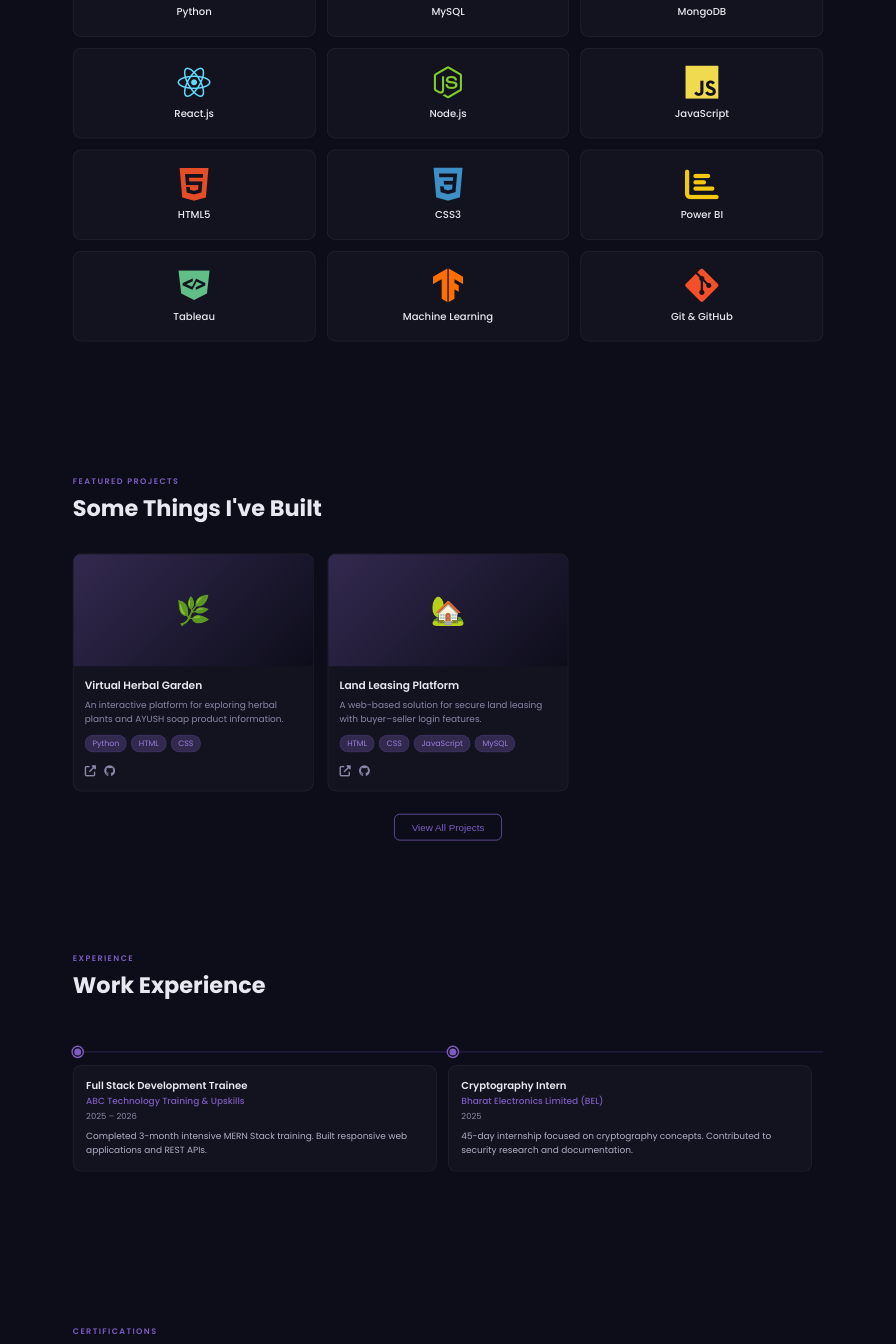
Repository: Rhaashee/Portfolio
Page: MyProfile-frontend/index.html
These files come from the project's save history. The page is drawn as it stood at one moment and after the next save; the edit follows.
The browser window is 1280 px wide. The pictures show the part of the page from y = 1564 to 3484 px (the page is 5236 px tall), at 70% of full size.

Above is the page before, as saved 2026-06-21 14:38:30.
Console error: ReferenceError: emailjs is not defined

### MyProfile-frontend/index.html
<!DOCTYPE html>
<html lang="en">
<head>
<meta charset="UTF-8" />
<meta name="viewport" content="width=device-width, initial-scale=1.0" />
<title>Rhaashee L | Portfolio</title>
<link rel="preconnect" href="https://fonts.googleapis.com" />
<link href="https://fonts.googleapis.com/css2?family=Poppins:wght@300;400;500;600;700;800&display=swap" rel="stylesheet" />
<link rel="stylesheet" href="https://cdnjs.cloudflare.com/ajax/libs/font-awesome/6.5.1/css/all.min.css" />
<link rel="stylesheet" href="https://cdnjs.cloudflare.com/ajax/libs/devicon/2.15.1/devicon.min.css" />

<link rel="stylesheet" href="css/varibales.css" />
<link rel="stylesheet" href="css/custom.css" />
<link rel="stylesheet" href="css/themes.css" />
<link rel="stylesheet" href="css/animations.css" />
<link rel="stylesheet" href="css/responsive.css" />
</head>
<body>

<!-- ===== NAVBAR ===== -->
<nav class="navbar" id="navbar">
  <div class="nav-logo">
    <div class="logo-icon">R</div>
    <span id="nav-logo-text">RHAASHEE</span>
  </div>

  <div class="nav-links">
    <a href="#hero" class="active">Home</a>
    <a href="#about">About</a>
    <a href="#skills">Skills</a>
    <a href="#projects">Projects</a>
    <a href="#experience">Experience</a>
    <a href="#certifications">Certifications</a>
    <a href="#contact">Contact</a>
  </div>

  <div class="nav-right">
    <a href="assets/resume/RhaasheeL_Resume.pdf" target="_blank" class="btn-resume" id="nav-resume-btn">Resume</a>
    <button class="theme-toggle" id="theme-toggle" aria-label="Toggle theme"><i class="fas fa-sun"></i></button>
    <button class="hamburger" id="hamburger" aria-label="Menu">
      <span></span><span></span><span></span>
    </button>
  </div>
</nav>

<div class="mobile-menu" id="mobile-menu">
  <a href="#hero" class="mobile-link">Home</a>
  <a href="#about" class="mobile-link">About</a>
  <a href="#skills" class="mobile-link">Skills</a>
  <a href="#projects" class="mobile-link">Projects</a>
  <a href="#experience" class="mobile-link">Experience</a>
  <a href="#certifications" class="mobile-link">Certifications</a>
  <a href="#contact" class="mobile-link">Contact</a>
</div>

<!-- ===== 01 HERO ===== -->
<section id="hero">
  <div class="hero-wrapper">
    <div class="hero-content">
      <p class="hero-hello" id="hero-hello">Hello, I'm</p>
      <h1 class="hero-name" id="hero-name">RHAASHEE L</h1>
      <p class="hero-tagline"><span id="hero-tagline-text" class="typing-text"></span></p>
      <p class="hero-desc" id="hero-desc"></p>
      <div class="hero-btns">
        <a href="#projects" class="btn-primary">View My Work</a>
        <a href="#contact" class="btn-secondary">Contact Me</a>
      </div>
      <div class="hero-socials" id="hero-socials"></div>
    </div>

    <div class="hero-image-wrap">
      <div class="hero-blob">
        <svg viewBox="0 0 500 500" xmlns="http://www.w3.org/2000/svg">
          <path d="M250,60 C340,55 420,110 440,200 C460,290 420,370 340,410 C260,450 160,440 100,380 C40,320 30,220 70,150 C110,80 160,65 250,60 Z"></path>
        </svg>
      </div>

      <div class="hero-decor">
        <i class="fas fa-sparkle sparkle sparkle-1"></i>
        <i class="fas fa-sparkle sparkle sparkle-2"></i>
        <i class="fas fa-sparkle sparkle sparkle-3"></i>
        <i class="fas fa-sparkle sparkle sparkle-4"></i>
        <i class="fas fa-sparkle sparkle sparkle-5"></i>
        <i class="fas fa-leaf leaf leaf-1"></i>
        <i class="fas fa-leaf leaf leaf-2"></i>
      </div>

      <div class="hero-image-ring">
        <img id="hero-img" src="assets/images/rhaa.jpeg" alt="Rhaashee L" />
      </div>
    </div>
  </div>
</section>

<!-- ===== 02 ABOUT ===== -->
<section id="about" class="section">
  <p class="section-label">About Me</p>
  <h2 class="section-title">Get To Know Me</h2>

  <div class="about-grid">
    <div>
      <p class="about-desc" id="about-desc"></p>
      <a href="#contact" class="btn-outline">Read More</a>
    </div>

    <div class="about-info-grid">
      <div class="about-info-item">
        <div class="about-info-icon"><i class="fas fa-user"></i></div>
        <div>
          <div class="about-info-label">Name</div>
          <div class="about-info-value" id="about-name"></div>
        </div>
      </div>
      <div class="about-info-item">
        <div class="about-info-icon"><i class="fas fa-graduation-cap"></i></div>
        <div>
          <div class="about-info-label">Education</div>
          <div class="about-info-value" id="about-education"></div>
        </div>
      </div>
      <div class="about-info-item">
        <div class="about-info-icon"><i class="fas fa-envelope"></i></div>
        <div>
          <div class="about-info-label">Email</div>
          <div class="about-info-value" id="about-email"></div>
        </div>
      </div>
      <div class="about-info-item">
        <div class="about-info-icon"><i class="fas fa-briefcase"></i></div>
        <div>
          <div class="about-info-label">Freelance</div>
          <div class="about-info-value" id="about-freelance"></div>
        </div>
      </div>
      <div class="about-info-item">
        <div class="about-info-icon"><i class="fas fa-location-dot"></i></div>
        <div>
          <div class="about-info-label">Location</div>
          <div class="about-info-value" id="about-location"></div>
        </div>
      </div>
      <div class="about-info-item">
        <div class="about-info-icon"><i class="fas fa-globe"></i></div>
        <div>
          <div class="about-info-label">Languages</div>
          <div class="about-info-value" id="about-languages"></div>
        </div>
      </div>
    </div>
  </div>
</section>

<!-- ===== 03 SKILLS ===== -->
<section id="skills" class="section">
  <p class="section-label">My Skills</p>
  <h2 class="section-title">Technical Skills</h2>

  <div class="skills-grid" id="skills-grid"></div>

</section>

<!-- ===== 04 PROJECTS ===== -->
<section id="projects" class="section">
  <p class="section-label">Featured Projects</p>
  <h2 class="section-title">Some Things I've Built</h2>

  <div class="projects-grid" id="projects-grid"></div>

  <div class="projects-btn-wrap">
  <button class="btn-outline" id="show-all-projects">View All Projects</button>
</div>
</section>

<!-- ===== 05 EXPERIENCE ===== -->
<section id="experience" class="section">
  <p class="section-label">Experience</p>
  <h2 class="section-title">Work Experience</h2>

  <div class="experience-timeline">
    <div class="timeline-track" id="experience-track"></div>
  </div>
</section>

<!-- ===== 06 CERTIFICATIONS ===== -->
<section id="certifications" class="section">
  <p class="section-label">Certifications</p>
  <h2 class="section-title">My Certifications</h2>

  <div class="certs-slider-wrap">
    <div class="certs-row" id="certs-row"></div>
    <button class="certs-arrow" id="certs-arrow" aria-label="Next certifications"><i class="fas fa-chevron-right"></i></button>
  </div>
</section>

<!-- ===== EDUCATION ===== -->
<section id="education" class="section">
  <p class="section-label">Education</p>
  <h2 class="section-title">My Education</h2>

  <div class="education-grid" id="education-grid"></div>
</section>

<!-- ===== 08 CONTACT ===== -->
<section id="contact" class="section" style="position:relative;">
  <p class="section-label">Contact</p>
  <h2 class="section-title">Let's Connect</h2>

  <div class="contact-grid">
    <div>
      <p class="contact-desc">Have a project in mind or just want to say hi? I'd love to hear from you!</p>
      <div class="contact-info-list">
        <div class="contact-info-item"><i class="fas fa-envelope"></i><span id="contact-email"></span></div>
        <div class="contact-info-item"><i class="fas fa-phone"></i><span id="contact-phone"></span></div>
        <div class="contact-info-item"><i class="fas fa-location-dot"></i><span id="contact-location"></span></div>
      </div>
    </div>

    <form class="contact-form" id="contact-form">
      <div class="form-row">
        <div class="form-group">
          <input type="text" id="contact-name" placeholder="Name" required />
        </div>
        <div class="form-group">
          <input type="email" id="contact-email-input" placeholder="Email" required />
        </div>
      </div>
      <div class="form-group">
        <textarea id="contact-message" placeholder="Message" required></textarea>
      </div>
      <button type="submit" class="btn-send">Send Message</button>
      <p id="form-status" style="display:none;margin-top:10px;font-size:0.82rem;"></p>
    </form>
  </div>
  <div class="contact-plant">🪴</div>
</section>

<!-- ===== 09 FOOTER ===== -->
<footer>
  <div class="footer-grid">
    <div class="footer-brand">
      <div class="logo-icon">R</div>
      <p style="margin:10px 0 4px;font-weight:600;" id="footer-logo-text">Rhaashee L</p>
      <p class="footer-tagline">Building solutions. Creating impact.</p>
    </div>

    <div>
      <p class="footer-col-title">Quick Links</p>
      <div class="footer-links" id="footer-quick-links"></div>
    </div>

    <div>
      <p class="footer-col-title">Resources</p>
      <div class="footer-links" id="footer-resource-links"></div>
    </div>

    <div>
      <p class="footer-col-title">Connect</p>
      <div class="footer-socials" id="footer-socials"></div>
    </div>
  </div>

  <div class="footer-bottom">
    <p class="footer-copy">© 2026 Rhaashee L. All rights reserved.</p>
  </div>
</footer>

<button class="back-to-top" id="back-to-top" aria-label="Back to top"><i class="fas fa-arrow-up"></i></button>

<!-- ===== DATA ===== -->
<script src="js/data/profile.js"></script>
<script src="js/data/skills.js"></script>
<script src="js/data/projects.js"></script>
<script src="js/data/experience.js"></script>
<script src="js/data/certifications.js"></script>
<script src="js/data/education.js"></script>
<script src="js/data/socials.js"></script>

<!-- ===== FEATURES ===== -->
<script src="js/features/theme-toggle.js"></script>
<script src="js/features/hero-render.js"></script>
<script src="js/features/typing-effect.js"></script>
<script src="js/features/about-render.js"></script>
<script src="js/features/skills-render.js"></script>
<script src="js/features/project-render.js"></script>
<script src="js/features/experience-render.js"></script>
<script src="js/features/certification-render.js"></script>
<script src="js/features/education-render.js"></script>
<script src="js/features/social-render.js"></script>
<script src="js/features/navbar.js"></script>
<script src="js/features/mobile-menu.js"></script>
<script src="js/features/active-nav.js"></script>
<script src="js/features/BackToTop.js"></script>
<script src="js/features/scroll-animation.js"></script>
<script src="js/features/contact-api.js"></script>
<script src="js/features/contact-validation.js"></script>
<script src="js/features/modal.js"></script>

<script src="js/main.js"></script>
<script src="https://cdn.jsdelivr.net/npm/@emailjs/browser@4/dist/email.min.js"></script>
</body>
</html>

### MyProfile-frontend/css/varibales.css
/* ===== THEME VARIABLES ===== */
:root {
  /* Dark Theme (default) */
  --bg: #0d0d1a;
  --bg-card: #13131f;
  --bg-nav: rgba(13, 13, 26, 0.95);
  --text: #e8e8f0;
  --text-muted: #8888a8;
  --text-secondary: #b0b0c8;
  --accent: #7c5cbf;
  --accent-light: #9b7edb;
  --accent-glow: rgba(124, 92, 191, 0.3);
  --border: rgba(124, 92, 191, 0.2);
  --border-card: rgba(255, 255, 255, 0.07);
  --skill-bar-bg: rgba(255, 255, 255, 0.08);
  --input-bg: rgba(255, 255, 255, 0.05);
  --shadow: 0 4px 30px rgba(0, 0, 0, 0.4);
  --shadow-card: 0 2px 20px rgba(0, 0, 0, 0.3);
  --hero-gradient: radial-gradient(ellipse at 60% 50%, rgba(124, 92, 191, 0.15) 0%, transparent 70%);
  --section-number-color: #2a2a4a;
}

[data-theme="light"] {
  --bg: #f5f5ff;
  --bg-card: #ffffff;
  --bg-nav: rgba(245, 245, 255, 0.95);
  --text: #1a1a2e;
  --text-muted: #6666a0;
  --text-secondary: #444466;
  --accent: #6b46c1;
  --accent-light: #7c5cbf;
  --accent-glow: rgba(107, 70, 193, 0.15);
  --border: rgba(107, 70, 193, 0.2);
  --border-card: rgba(107, 70, 193, 0.1);
  --skill-bar-bg: rgba(107, 70, 193, 0.1);
  --input-bg: rgba(107, 70, 193, 0.05);
  --shadow: 0 4px 30px rgba(107, 70, 193, 0.1);
  --shadow-card: 0 2px 20px rgba(107, 70, 193, 0.08);
  --hero-gradient: radial-gradient(ellipse at 60% 50%, rgba(107, 70, 193, 0.08) 0%, transparent 70%);
  --section-number-color: #e8e8f8;
}

### MyProfile-frontend/css/themes.css
/* themes.css — light/dark toggle handled via data-theme on <html> */
/* All values live in varibales.css; this file only has structural overrides if needed */

[data-theme="light"] .hero-image-ring {
  box-shadow: 0 0 60px rgba(107, 70, 193, 0.2);
}

[data-theme="light"] .skill-bar-fill {
  background: linear-gradient(90deg, #6b46c1, #9b7edb);
}

[data-theme="light"] .navbar {
  box-shadow: 0 1px 20px rgba(107, 70, 193, 0.08);
}

[data-theme="light"] footer {
  background: #ededfa;
}

### MyProfile-frontend/css/animations.css
/* ===== ANIMATIONS ===== */

/* Typing cursor */
.typing-text::after {
  content: '|';
  color: var(--accent);
  animation: blink 0.8s infinite;
}

@keyframes blink {
  0%, 100% { opacity: 1; }
  50% { opacity: 0; }
}

/* Fade in up */
@keyframes fadeInUp {
  from { opacity: 0; transform: translateY(30px); }
  to   { opacity: 1; transform: translateY(0); }
}

.fade-in-up {
  animation: fadeInUp 0.6s ease forwards;
}

/* Float */
@keyframes float {
  0%, 100% { transform: translateY(0); }
  50%       { transform: translateY(-10px); }
}

.hero-image-ring {
  animation: float 5s ease-in-out infinite;
}

/* Stagger children */
.stagger > *:nth-child(1) { animation-delay: 0.1s; }
.stagger > *:nth-child(2) { animation-delay: 0.2s; }
.stagger > *:nth-child(3) { animation-delay: 0.3s; }
.stagger > *:nth-child(4) { animation-delay: 0.4s; }
.stagger > *:nth-child(5) { animation-delay: 0.5s; }
.stagger > *:nth-child(6) { animation-delay: 0.6s; }

/* Reduced motion */
@media (prefers-reduced-motion: reduce) {
  * { animation: none !important; transition-duration: 0.01ms !important; }
}

### MyProfile-frontend/css/responsive.css
/* ===== RESPONSIVE ===== */

@media (max-width: 1024px) {
  .skills-grid {
    grid-template-columns: repeat(2, 1fr);
  }

  .projects-grid {
    grid-template-columns: repeat(2, 1fr);
  }

  .footer-grid {
    grid-template-columns: 1fr 1fr;
  }
}

@media (max-width: 768px) {
  .nav-links {
    display: none;
  }

  .hamburger {
    display: flex;
  }

  .hero-wrapper {
    flex-direction: column-reverse;
    text-align: center;
    gap: 40px;
    padding-top: 80px;
  }

  .hero-btns {
    justify-content: center;
  }

  .hero-socials {
    justify-content: center;
  }

  .hero-name {
    font-size: 2.4rem;
  }

  .hero-image-wrap {
    width: 280px;
    height: 280px;
  }

  .hero-image-ring {
    width: 240px;
    height: 240px;
  }

  .hero-image-ring img,
  .hero-image-placeholder {
    width: 212px;
    height: 212px;
  }

  .leaf-1, .leaf-2 {
    font-size: 3rem;
  }

  .about-grid {
    grid-template-columns: 1fr;
  }

  .about-info-grid {
    grid-template-columns: 1fr 1fr;
  }

  .skills-grid {
    grid-template-columns: repeat(2, 1fr);
  }

  .projects-grid {
    grid-template-columns: 1fr;
  }

  .timeline-track {
    flex-direction: column;
  }

  .timeline-track::before {
    display: none;
  }

  .exp-card {
    margin-right: 0;
    margin-bottom: 16px;
  }

  .education-grid {
    grid-template-columns: 1fr;
  }

  .contact-grid {
    grid-template-columns: 1fr;
  }

  .form-row {
    grid-template-columns: 1fr;
  }

  .footer-grid {
    grid-template-columns: 1fr 1fr;
    gap: 24px;
  }

  .footer-bottom {
    flex-direction: column;
    gap: 12px;
    text-align: center;
  }

  .section {
    padding: 80px 5% 40px;
  }

  .section-title {
    font-size: 1.6rem;
  }
}

@media (max-width: 480px) {
  .skills-grid {
    grid-template-columns: 1fr;
  }

  .about-info-grid {
    grid-template-columns: 1fr;
  }

  .footer-grid {
    grid-template-columns: 1fr;
  }

  .certs-row {
    flex-wrap: nowrap;
    overflow-x: auto;
    scrollbar-width: thin;
    padding-bottom: 8px;
  }

  .hero-name {
    font-size: 2rem;
  }
}

/* Mobile nav link hover */
.mobile-link:hover {
  color: var(--accent);
}

### MyProfile-frontend/js/data/projects.js
const projects = [
  {
    title: "Virtual Herbal Garden",
    desc: "An interactive platform for exploring herbal plants and AYUSH soap product information.",
    tags: ["Python", "HTML", "CSS"],
    icons: ["devicon-python-plain colored", "devicon-html5-plain colored", "devicon-css3-plain colored"],
    emoji: "🌿",
    github: "#",
    live: "#",
    featured: true,
  },
  {
    title: "Land Leasing Platform",
    desc: "A web-based solution for secure land leasing with buyer–seller login features.",
    tags: ["HTML", "CSS", "JavaScript", "MySQL"],
    icons: ["devicon-html5-plain colored", "devicon-css3-plain colored", "devicon-javascript-plain colored", "devicon-mysql-plain colored"],
    emoji: "🏡",
    github: "#",
    live: "#",
    featured: true,
  },
  {
    title: "CLI LinkedIn Clone",
    desc: "Command-line app simulating LinkedIn with profiles, connections, and job posting.",
    tags: ["Python", "OOP", "File Handling"],
    icons: ["devicon-python-plain colored"],
    emoji: "💼",
    github: "#",
    live: "#",
    featured: false,
  },
  {
    title: "Event Management System",
    desc: "System for event scheduling, participant registration, and report generation.",
    tags: ["Java", "MySQL"],
    icons: ["devicon-java-plain colored", "devicon-mysql-plain colored"],
    emoji: "📅",
    github: "#",
    live: "#",
    featured: false,
  },
];

Loaded but not shown: MyProfile-frontend/js/features/hero-render.js (43 lines, source omitted); MyProfile-frontend/js/features/contact-validation.js (58 lines, source omitted); MyProfile-frontend/js/data/profile.js (30 lines, source omitted); MyProfile-frontend/js/features/contact-api.js (41 lines, source omitted); MyProfile-frontend/js/features/social-render.js (36 lines, source omitted); MyProfile-frontend/js/features/theme-toggle.js (40 lines, source omitted); MyProfile-frontend/js/features/modal.js (30 lines, source omitted); MyProfile-frontend/js/features/project-render.js (30 lines, source omitted); MyProfile-frontend/js/features/about-render.js (20 lines, source omitted); MyProfile-frontend/js/data/socials.js (24 lines, source omitted); MyProfile-frontend/js/features/typing-effect.js (37 lines, source omitted); MyProfile-frontend/js/data/skills.js (14 lines, source omitted); MyProfile-frontend/js/features/certification-render.js (35 lines, source omitted); MyProfile-frontend/js/data/certifications.js (45 lines, source omitted); MyProfile-frontend/js/features/active-nav.js (25 lines, source omitted); MyProfile-frontend/js/features/experience-render.js (23 lines, source omitted); MyProfile-frontend/js/data/education.js (24 lines, source omitted); MyProfile-frontend/js/features/education-render.js (23 lines, source omitted); MyProfile-frontend/js/features/scroll-animation.js (21 lines, source omitted); MyProfile-frontend/js/features/mobile-menu.js (18 lines, source omitted); MyProfile-frontend/js/data/experience.js (15 lines, source omitted); MyProfile-frontend/js/features/BackToTop.js (19 lines, source omitted); MyProfile-frontend/js/features/skills-render.js (17 lines, source omitted); MyProfile-frontend/js/features/navbar.js (15 lines, source omitted); MyProfile-frontend/js/main.js (5 lines, source omitted); MyProfile-frontend/css/custom.css (1188 lines, source omitted)

After the next save:
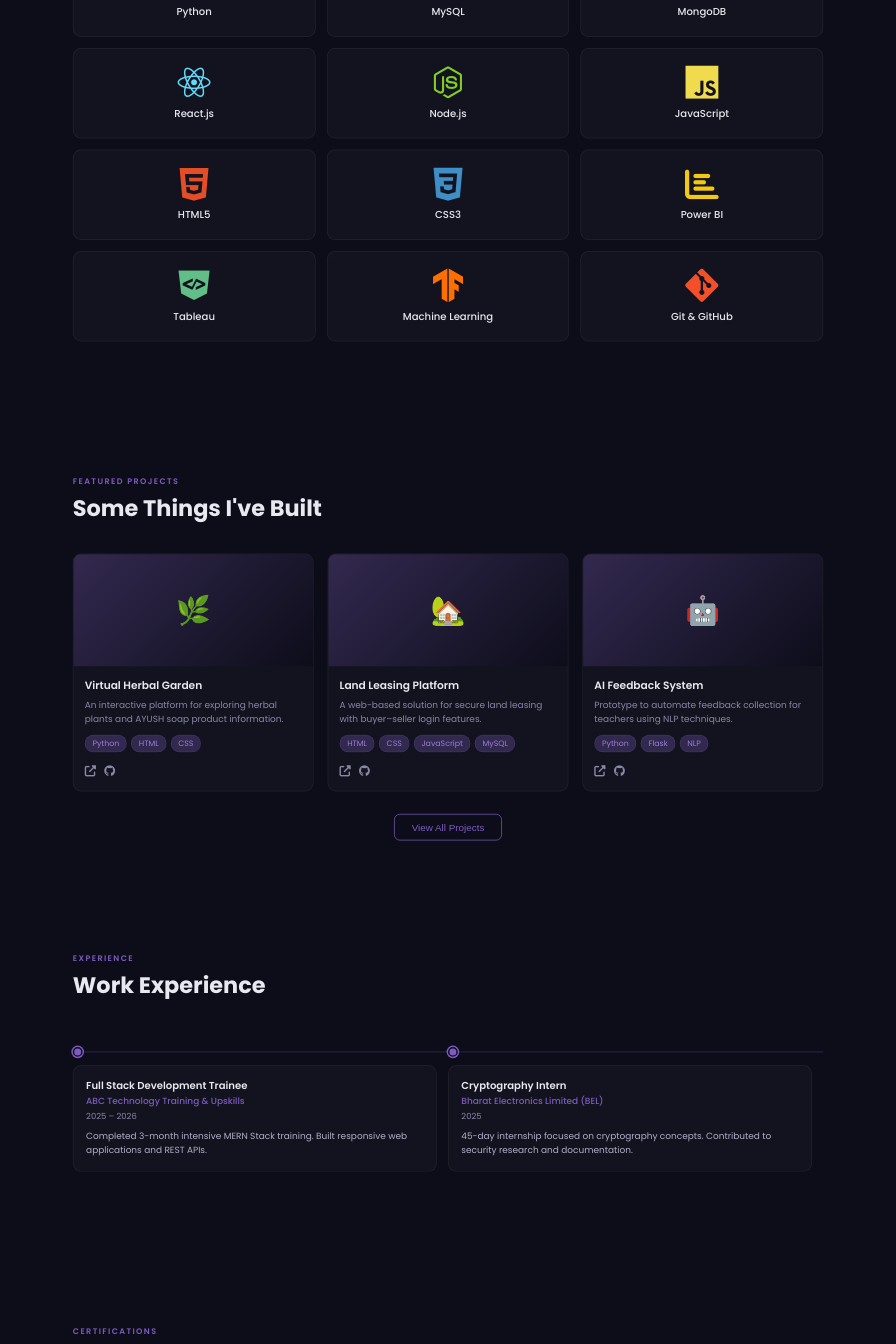
Saved 4 s later.
--- a/MyProfile-frontend/js/data/projects.js
+++ b/MyProfile-frontend/js/data/projects.js
@@ -39,4 +39,14 @@ const projects = [
     live: "#",
     featured: false,
   },
+  {
+    title: "AI Feedback System",
+    desc: "Prototype to automate feedback collection for teachers using NLP techniques.",
+    tags: ["Python", "Flask", "NLP"],
+    icons: ["devicon-python-plain colored", "devicon-flask-original colored", "devicon-tensorflow-original colored"],
+    emoji: "🤖",
+    github: "#",
+    live: "#",
+    featured: true,
+  },
 ];
